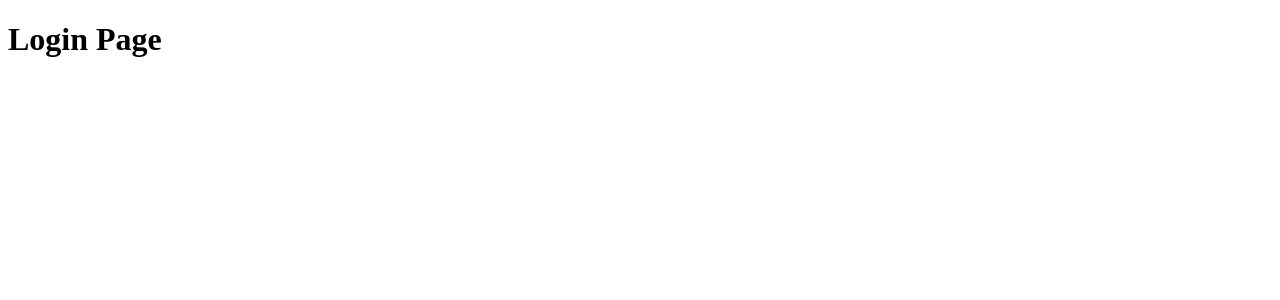
Repository: Nit-isha/Java-Spring-WEB
Page: 1-Spring-web-MVC/src/main/webapp/login.html
The author's editor kept a copy of each file at every save. The page is drawn from the files as they stood at one save, then again after the next save.
The browser window is 1280 px wide. The pictures show the whole page.

Above is the page before, as saved 2022-10-06 10:07:35.

### 1-Spring-web-MVC/src/main/webapp/login.html
<!DOCTYPE html>
<html>
	<head>
		<meta charset="UTF-8">
		<title>Insert title here</title>
	</head>
	<body>
		<h1>Login Page</h1>
	</body>
</html>

After the next save:
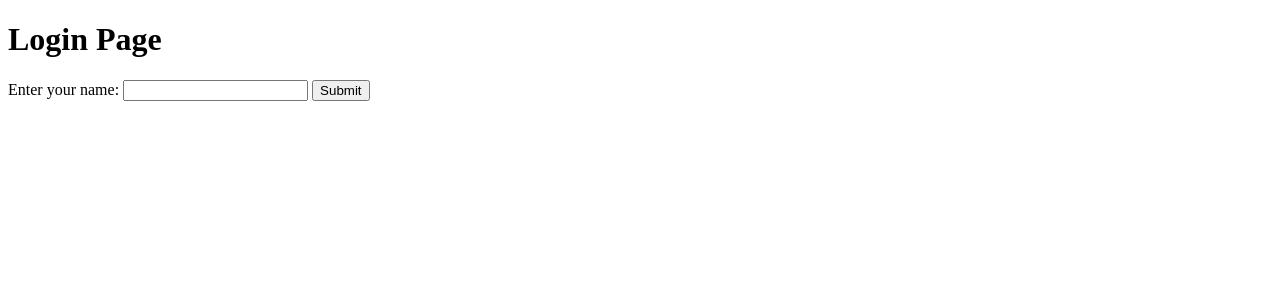
Saved 2 min 59 s later.
--- a/1-Spring-web-MVC/src/main/webapp/login.html
+++ b/1-Spring-web-MVC/src/main/webapp/login.html
@@ -6,5 +6,9 @@
 	</head>
 	<body>
 		<h1>Login Page</h1>
+		<form action="userlogin.htm">
+			Enter your name: <input type="text">
+			<button type="submit">Submit</button>
+		</form>
 	</body>
 </html>
